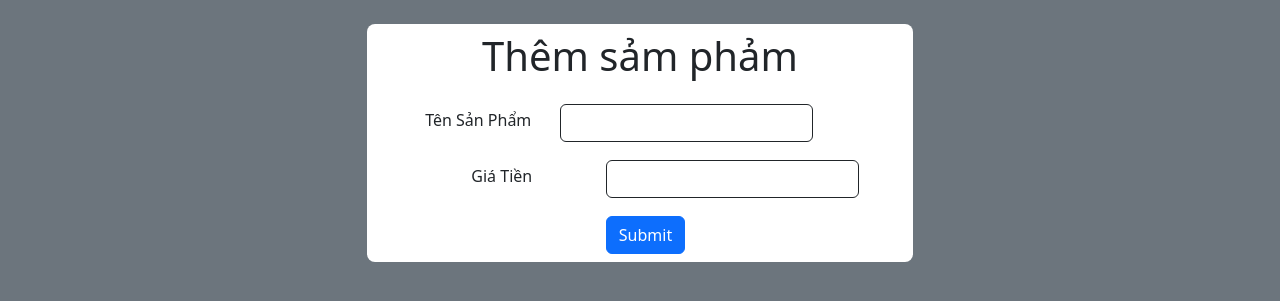
Repository: HT-35/iuh
Page: thi GK/index.html
An editor plug-in stored every save of this project. The page is shown before and after a run of saves, followed by the edit.
The browser window is 1280 px wide. The pictures show the whole page.

Above is the page before, as saved 2024-03-25 11:51:48.
Console error: TypeError: Cannot read properties of null (reading 'addEventListener')

### thi GK/index.html
<!DOCTYPE html>
<html lang="en">

<head>
  <meta charset="UTF-8">
  <meta name="viewport" content="width=device-width, initial-scale=1.0">
  <title>Call API from Form Input</title>
  <link href="https://cdn.jsdelivr.net/npm/bootstrap@5.3.3/dist/css/bootstrap.min.css" rel="stylesheet">
</head>

<body class="container bg-secondary">

  <div class="row">

    <div class="col-sm-3 col-md-3 col-lg-3"></div>

    <div class="col-sm-6 col-md-6 col-lg-6">
      <div class="  bg-white rounded-3 p-2 w-100 mt-4">
        <div class="row">

          <div class="title col-sm-12 col-md-12 col-lg-12">
            <h1 class="text-center">Thêm sảm phảm</h1>
          </div>
        </div>

        <form action="#" class="">
          <div class="mb-3 mt-3 row">
            <div class="col-0 col-sm-2 col-md-2 col-lg-1  ">

            </div>
            <div class="col-6 col-sm-4 col-md-4 col-lg-3  ">
              <label for="email" class="form-label p-1">Tên Sản Phẩm</label>
            </div>
            <div class="col-6 col-sm-6 col-md-6 col-lg-6"><input type="email" class="form-control border border-dark"
                id="email" placeholder="" name="email"></div>
          </div>



          <div class="mb-3 mt-3 row">
            <div class="col-0 col-sm-2 col-md-2 col-lg-2  ">

            </div>
            <div class="col-6 col-sm-4 col-md-4 col-lg-3  ">
              <label for="email" class="form-label p-1">Giá Tiền</label>
            </div>
            <div class="col-6 col-sm-6 col-md-6 col-lg-6"><input type="email" class="form-control border border-dark"
                id="email" placeholder="" name="email"></div>
          </div>

          <div class="row">
            <div class=" col-4 col-sm-5 col-md-5 col-lg-5 "></div>
            <div class=" col-6 col-sm-3 col-md-3 col-lg-3 "><button type="submit"
                class="btn  btn-primary">Submit</button>
            </div>
            <div class=" col-6 col-sm-4 col-md-4 col-lg-4 "></div>

          </div>
        </form>
        <div id="result"></div>
      </div>

    </div>


    <div class="col-sm-3 col-md-3 col-lg-3"></div>
  </div>



  <script src="https://cdn.jsdelivr.net/npm/bootstrap@5.3.3/dist/js/bootstrap.bundle.min.js"></script>
  <script src="script.js"></script>
</body>

</html>

### thi GK/script.js
document.addEventListener("DOMContentLoaded", function () {
  document
    .getElementById("apiForm")
    .addEventListener("submit", function (event) {
      event.preventDefault(); // Ngăn chặn sự kiện mặc định của form

      var inputData = document.getElementById("inputData").value; // Lấy dữ liệu từ input

      // Gửi yêu cầu fetch đến API
      fetch("URL_API_CỦA_BẠN", {
        method: "POST",
        headers: {
          "Content-Type": "application/json",
        },
        body: JSON.stringify({ data: inputData }),
      })
        .then((response) => {
          if (!response.ok) {
            throw new Error("Network response was not ok");
          }
          return response.json();
        })
        .then((data) => {
          // Xử lý dữ liệu trả về từ API
          document.getElementById("result").innerText =
            "API Response: " + JSON.stringify(data);
        })
        .catch((error) => {
          // Xử lý lỗi
          console.error("Error:", error);
          document.getElementById("result").innerText =
            "Error: " + error.message;
        });
    });
});

After the next 3 saves:
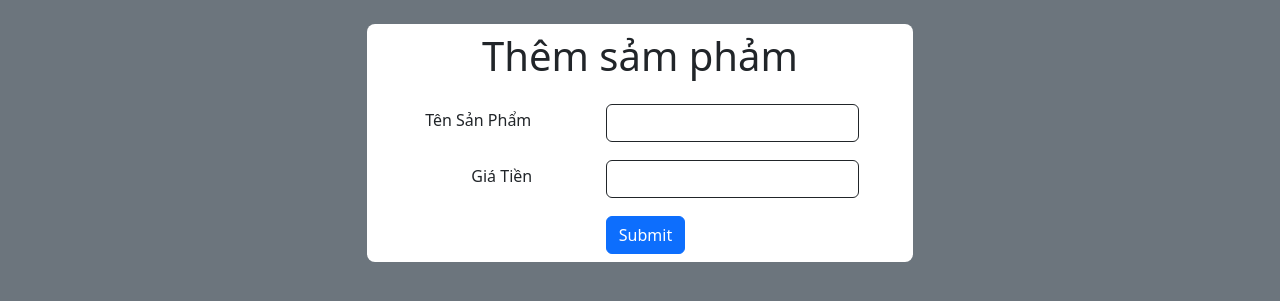
The 3 saves are shown as one change because they came seconds apart.
The last was saved 9 s later.
--- a/thi GK/index.html
+++ b/thi GK/index.html
@@ -28,7 +28,7 @@
             <div class="col-0 col-sm-2 col-md-2 col-lg-1  ">
 
             </div>
-            <div class="col-6 col-sm-4 col-md-4 col-lg-3  ">
+            <div class="col-6 col-sm-4 col-md-4 col-lg-4  ">
               <label for="email" class="form-label p-1">Tên Sản Phẩm</label>
             </div>
             <div class="col-6 col-sm-6 col-md-6 col-lg-6"><input type="email" class="form-control border border-dark"
